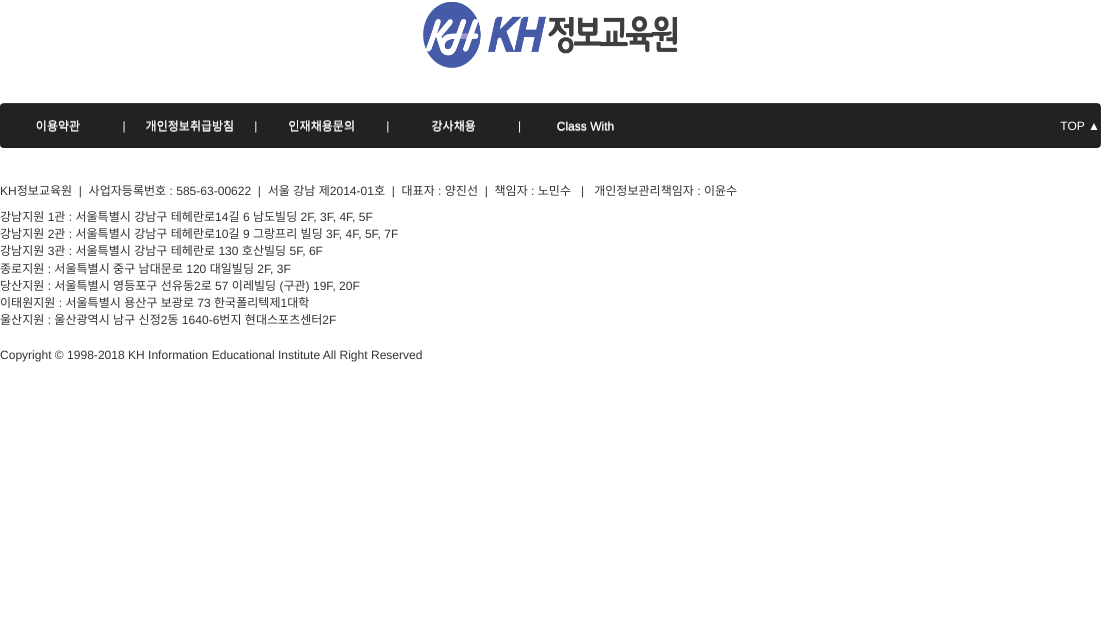
Repository: NohMinSoo/khSpring
Page: http://localhost/1_Spring_Web/WEB-INF/views/member/joinPage.jsp
The author's editor kept a copy of each file at every save. The page is drawn from the files as they stood at one save, then again after the next save.
The browser window is 1280 px wide. The page is 1280 px wide, then 1300 px, so the pictures cover 1300 px, including what lies to the right of the window. The pictures show the whole page, at 86% of full size.
Some web libraries are served in a nearby version. The page is served by Tomcat 9. Nobody is signed in. Other server files are loaded and not shown. The template is opened directly, without the code that normally fills it, so the values that code supplies are empty.

Above is the page before, as saved 2018-11-20 05:15:40.
Console error (its wording comes from the project's code and is left out).

### 1_Spring_Web/src/main/webapp/WEB-INF/views/member/joinPage.jsp
<%@ page language="java" contentType="text/html; charset=UTF-8"
    pageEncoding="UTF-8"%>
<!DOCTYPE html PUBLIC "-//W3C//DTD HTML 4.01 Transitional//EN" "http://www.w3.org/TR/html4/loose.dtd">
<html>
<head>
<meta http-equiv="Content-Type" content="text/html; charset=UTF-8">
<link rel="shortcut icon" href="/resources/png/03_KH정보교육원_원형컬러.png">
<title>회원가입</title>
</head>
<body>
<div id="container"  align="center">
    <div id="contents-1">
            	<a href="/index.jsp"><img height=80px width=300px src="/resources/png/01_KH정보교육원_가로컬러.png"/></a><br>
    </div>
	<br><br>

    <div id="contents-2" >

	</div>
	<div id="contents-3" >

	</div>

</div>



<div id="footer_bar">
			<jsp:include page="/resources/common/main_footer_bar.jsp"></jsp:include>
		</div>
		<br>
		<div id="footer">
			<jsp:include page="/resources/common/main_footer.jsp"></jsp:include>
		</div>
</body>
</html>

### 1_Spring_Web/src/main/webapp/resources/common/main_footer_bar.jsp
<%@ page language="java" contentType="text/html; charset=UTF-8"
    pageEncoding="UTF-8"%>
<!DOCTYPE html PUBLIC "-//W3C//DTD HTML 4.01 Transitional//EN" "http://www.w3.org/TR/html4/loose.dtd">
<html>
<head>
<meta http-equiv="Content-Type" content="text/html; charset=UTF-8">
<title>Insert title here</title>
</head>
<body>
<style>
	#footer_bar1{
		hieght : 100%;
		float : left;
		width : 80%;

	}
	#footer_bar2{
		float : left;
		width : 20%;
	}
	#bar {
		margin : 0;
		padding : 0;
		height : 100%;
	}
	#bar li{
		box-sizing : border-box;
		float : left;   /* 각 요소들을 왼쪽부터 배치 */
		list-style-type: none;  /* li 속성에 있는 점 없애기*/
		text-align: center;  /* 글자 가운데로 정렬 */
		width:13%;
		height : 100%;
	}
	#bar li a{
		 text-decoration: none; /* 밑 줄 삭제 */
		 line-height : 50px;
		 color : white;
		 text-shadow: 0px 1px 0px #cccccc;  /* 글자 새도우 효과 (밝은 회색) */
	}
	#bar li a:hover{

		 color : yellow;
		 text-shadow: 0px 1px 0px yellow;  /* 글자 새도우 효과 (밝은 회색) */
	}

	#bar span{
		box-sizing : border-box;
		float : left;   /* 각 요소들을 왼쪽부터 배치 */
		list-style-type: none;  /* li 속성에 있는 점 없애기*/
		text-align: center;  /* 글자 가운데로 정렬 */
		width:2%;
		height : 100%;
		line-height : 50px;

	}
	#footer_bar2 a{
		color:white;
		line-height : 50px;
		float:right;
		text-decoration: none; /* 밑 줄 삭제 */

	}

	#footer_bar2 a:hover{
		color : red;

	}


</style>

<jsp:include page="/resources/common/main_popup_terms.jsp"></jsp:include>

<div class="navbar navbar-inverse">
<div id="footer_bar1">
	<ul id="bar">

			<li><a data-toggle="modal" data-target=".bs-example-modal-lg" style="padding-left: 0;">이용약관</a>  </li> <span style="color:white;">|</span>
			<li><a href="">개인정보취급방침</a>  </li> <span style="color:white;">|</span>
			<li><a href="">인재채용문의</a>  </li> <span style="color:white;">|</span>
			<li><a href="">강사채용</a>  </li> <span style="color:white;">|</span>
			<li><a href="http://coconut510.cafe24.com/index.php">Class With</a></li>
	</ul>
</div>
<div id="footer_bar2">
		<a href="javascript:scrollTo(0, 0);">TOP ▲ </a>
</div>

</div>

</body>
</html>

### 1_Spring_Web/src/main/webapp/resources/common/main_popup_terms.jsp
<%@ page language="java" contentType="text/html; charset=UTF-8"
    pageEncoding="UTF-8"%>
<!DOCTYPE html PUBLIC "-//W3C//DTD HTML 4.01 Transitional//EN" "http://www.w3.org/TR/html4/loose.dtd">
<html>
<head>
<meta http-equiv="Content-Type" content="text/html; charset=UTF-8">
<title>Insert title here</title>
</head>
<body>

<style>
.modal  {
    /*   display: block;*/
    padding-right: 0px;
    background-color: rgba(4, 4, 4, 0.8);
    }

    .modal-dialog {
            top: 20%;
                width: 100%;
    position: absolute;
        }
        .modal-content {
                border-radius: 0px;
                border: none;
    top: 40%;
            }
            .modal-body {
                    background-color: #0f8845;
    color: white;
                }
</style>

<link href="//maxcdn.bootstrapcdn.com/bootstrap/3.3.0/css/bootstrap.min.css" rel="stylesheet" id="bootstrap-css">
<script src="//maxcdn.bootstrapcdn.com/bootstrap/3.3.0/js/bootstrap.min.js"></script>
<script src="//code.jquery.com/jquery-1.11.1.min.js"></script>
<!------ Include the above in your HEAD tag ---------->

<div class="container">
    <div class="row">
        <!-- Large modal -->


<div class="modal fade bs-example-modal-lg1" tabindex="-1" role="dialog" aria-labelledby="myLargeModalLabel">
  <div class="modal-dialog modal-lg">
    <div class="modal-content">

      <div class="modal-body">

      <H2>KH정보교육원의 이용약관은 다음과 같습니다.</H2>
      <h6>Your Laptop battery is less then 10%.Recharge the battery.</h6>
      <h6>11</h6>
      <h6>11</h6>
      <h6>11</h6>
      <h6>11</h6>
      <h6>11</h6>
      <h6>11</h6>
      <h6>11</h6>
      <h6>11</h6>
      <h6>11</h6>
      <h6>11</h6>

      </div>
    </div>
  </div>
</div>
    </div>


</div>
</body>
</html>

### 1_Spring_Web/src/main/webapp/resources/common/main_footer.jsp
<%@ page language="java" contentType="text/html; charset=UTF-8"
    pageEncoding="UTF-8"%>
<!DOCTYPE html PUBLIC "-//W3C//DTD HTML 4.01 Transitional//EN" "http://www.w3.org/TR/html4/loose.dtd">
<html>
<head>
<meta http-equiv="Content-Type" content="text/html; charset=UTF-8">
<title>Insert title here</title>
</head>
<style>
	#bottom_copy{
		height:100%;
	}
</style>
<body>
<div id="bottom_copy">
		<p class="maincopy">KH정보교육원&nbsp; | &nbsp;사업자등록번호 : 585-63-00622&nbsp; | &nbsp;서울 강남 제2014-01호&nbsp; | &nbsp;대표자 : 양진선&nbsp; | &nbsp;책임자 : 노민수 &nbsp; | &nbsp; 개인정보관리책임자 : 이윤수</p>
		<p class="subcopy" style="padding-bottom: 10px;">
		강남지원 1관 : 서울특별시 강남구 테헤란로14길 6 남도빌딩 2F, 3F, 4F, 5F<br>
		강남지원 2관 : 서울특별시 강남구 테헤란로10길 9 그랑프리 빌딩 3F, 4F, 5F, 7F<br>
		강남지원 3관 : 서울특별시 강남구 테헤란로 130 호산빌딩 5F, 6F<br>
		종로지원 : 서울특별시 중구 남대문로 120 대일빌딩 2F,  3F<br>
		당산지원 : 서울특별시 영등포구 선유동2로 57 이레빌딩 (구관) 19F, 20F <br>
		이태원지원 : 서울특별시 용산구 보광로 73 한국폴리텍제1대학 <br>
		울산지원 : 울산광역시 남구 신정2동 1640-6번지 현대스포츠센터2F<br>
		</p>
		<p class="subcopy">
			Copyright © 1998-2018 KH Information Educational Institute All Right Reserved</p>
	</div>
</body>
</html>

After the next save:
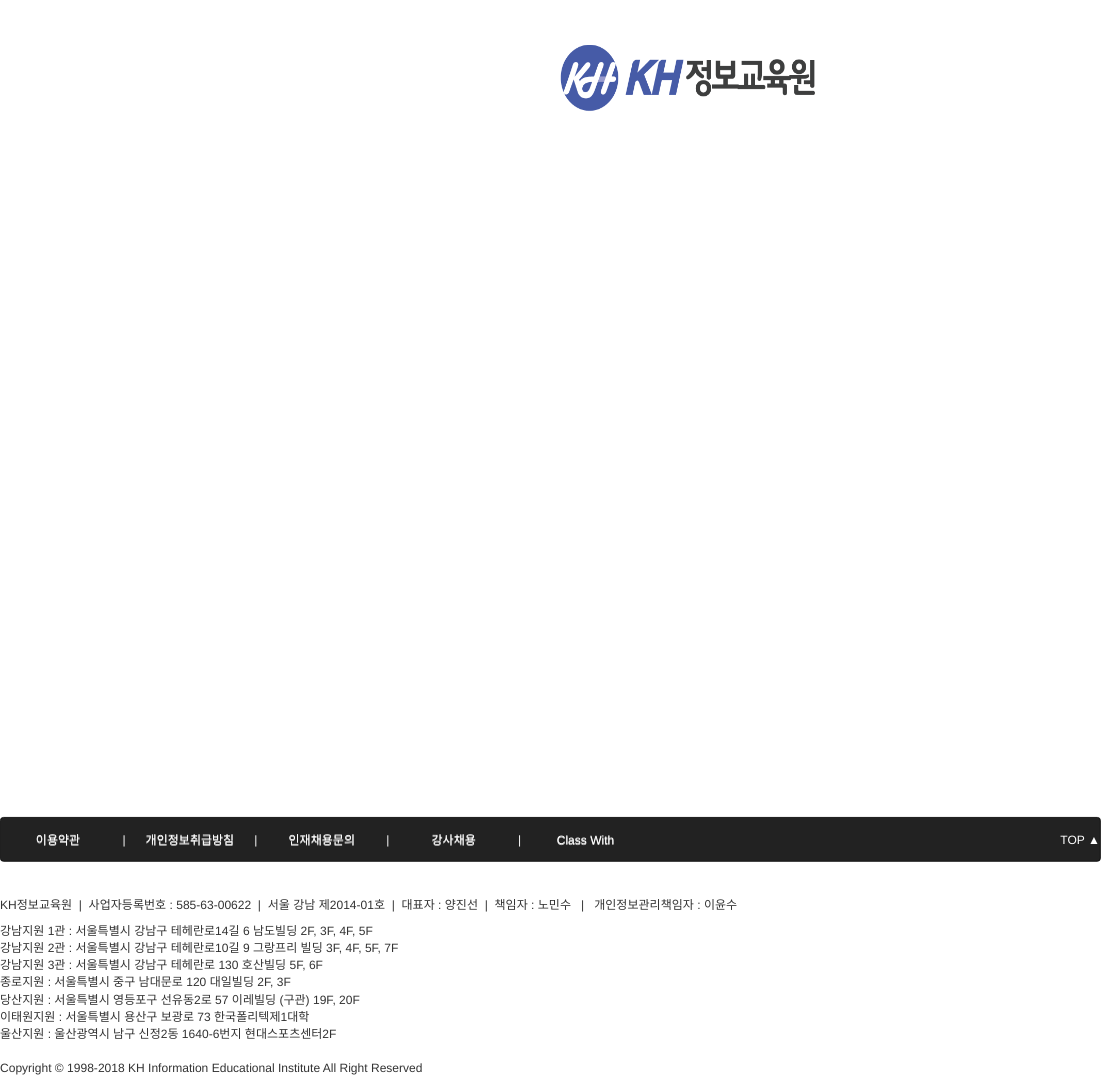
Saved 20 s later.
--- a/1_Spring_Web/src/main/webapp/WEB-INF/views/member/joinPage.jsp
+++ b/1_Spring_Web/src/main/webapp/WEB-INF/views/member/joinPage.jsp
@@ -8,6 +8,30 @@
 <title>회원가입</title>
 </head>
 <body>
+
+<style>
+	#container{
+    	margin-top : 50px;
+    	margin-left : 300px;
+    	width : 1000px;
+    	height : 900px;
+
+    }
+    #contents-2{
+
+    	padding-left: 250px;
+    	padding-right: 150px;
+    	text-align: left; width : 100%;
+    	height : 10%;
+
+    }
+    #contents-3{
+    	padding-left: 250px;
+    	padding-right: 150px;
+    	text-align: left; width : 100%;
+    	height : 75%;
+    }
+</style>
 <div id="container"  align="center">
     <div id="contents-1">
             	<a href="/index.jsp"><img height=80px width=300px src="/resources/png/01_KH정보교육원_가로컬러.png"/></a><br>
